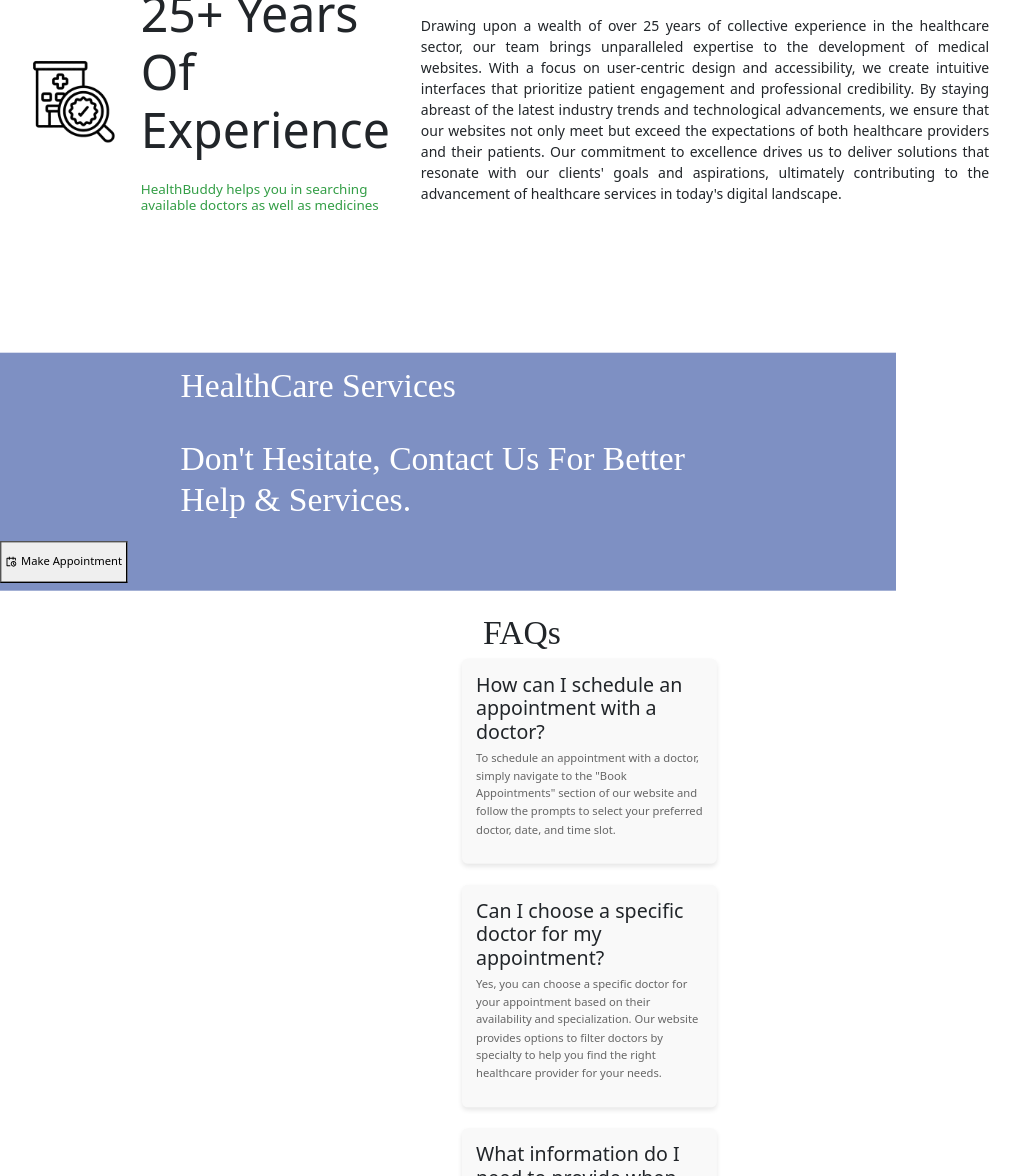
Repository: WajihaGul/MedicalApp-Frontend
Page: /
An editor plug-in stored every save of this project. The page is shown before and after the next save, followed by the edit.
The browser window is 1280 px wide. The page is 1457 px wide, so the pictures cover 1457 px, including what lies to the right of the window. The pictures show the part of the page from y = 1537 to 3217 px (the page is 4744 px tall), at 70% of full size.
The project was rebuilt for these pictures with package versions that can differ from the ones it lists, and the page was loaded fresh each time. Also part of the build but not shown: vite.config.js, src/index.css, src/App.css.

Above is the page before, as saved 2024-05-08 23:17:40.

After the next save:
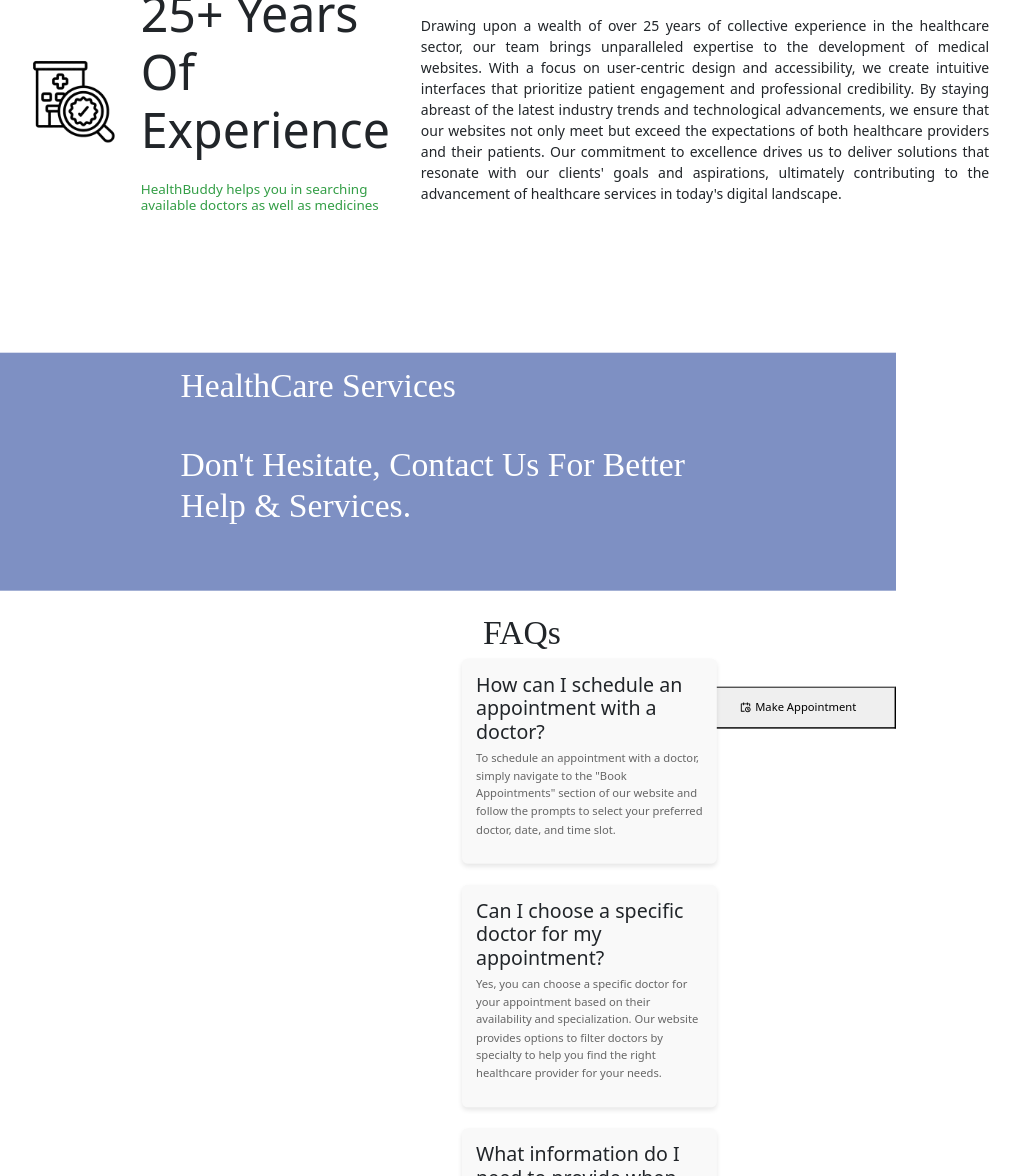
Saved 19 s later.
--- a/src/Components/MakeAppointment/MakeAppointment.module.css
+++ b/src/Components/MakeAppointment/MakeAppointment.module.css
@@ -24,21 +24,21 @@
     margin-right: 290px;
 }
 
-/* .divii , .ButtonHere{
+.divii , .ButtonHere{
 display: flex;
-flex-direction: row
-} */
+flex-direction: column;
+}
 
 .divii{
     margin-left: 70px;
     margin-right: -32px;
     margin-left: -32px;
 }
-/*
+
 .ButtonHere{
     margin-left: 1000px;
     margin-top: 200px;
-} */
+}
 
 .button{
     height: 55px;
